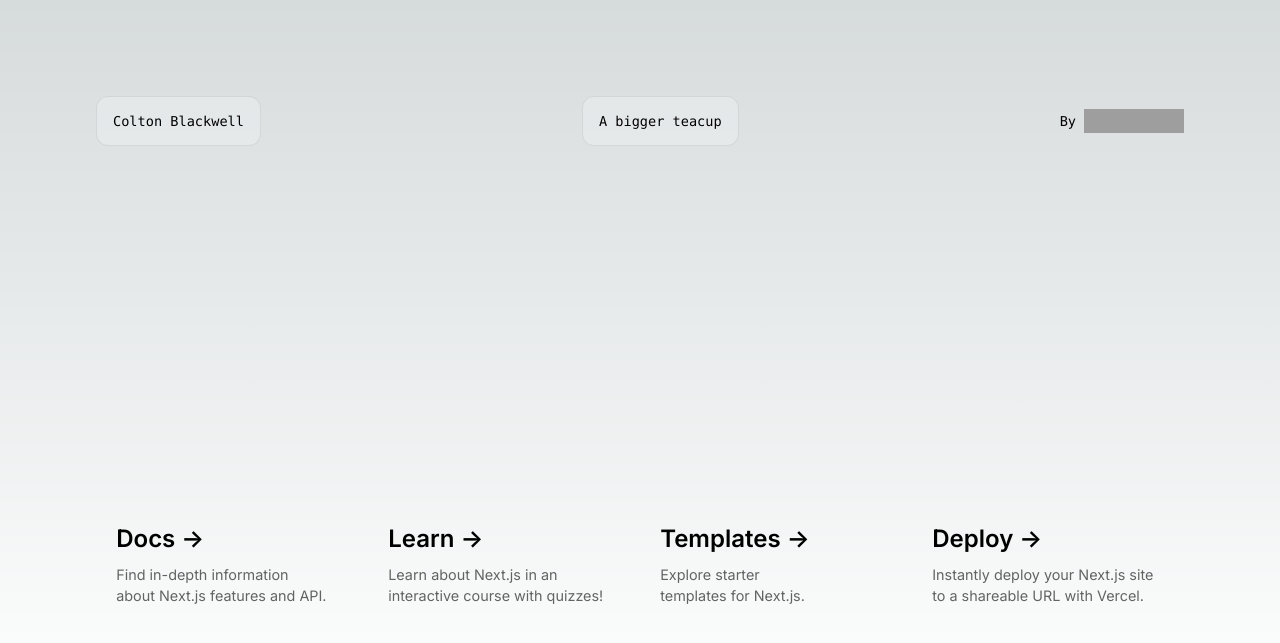
Repository: coltonBlackwell/Music_Quiz
Page: /
An editor plug-in stored every save of this project. The page is shown before and after the next save, followed by the edit.
The browser window is 1280 px wide. The pictures show the whole page.
Pictures or frames that could not be fetched are drawn as grey boxes. The project was rebuilt for these pictures with package versions that can differ from the ones it lists, and the page was loaded fresh each time. The framework's server and built-in components were replaced by stand-ins that run in the browser. Also part of the build but not shown: next.config.mjs.

Above is the page before, as saved 2024-06-30 14:03:42.

### src/app/page.tsx
import Image from "next/image";
import styles from "./page.module.css";

export default function Home() {
  return (
    <main className={styles.main}>
      <div className={styles.description}>
        <p>
          Colton Blackwell
        </p>
        <p>A bigger teacup</p>
        <div>
          <a
            href="https://vercel.com?utm_source=create-next-app&utm_medium=appdir-template&utm_campaign=create-next-app"
            target="_blank"
            rel="noopener noreferrer"
          >
            By{" "}
            <Image
              src="/vercel.svg"
              alt="Vercel Logo"
              className={styles.vercelLogo}
              width={100}
              height={24}
              priority
            />
          </a>
        </div>
      </div>


      <div className={styles.grid}>
        <a
          href="https://nextjs.org/docs?utm_source=create-next-app&utm_medium=appdir-template&utm_campaign=create-next-app"
          className={styles.card}
          target="_blank"
          rel="noopener noreferrer"
        >
          <h2>
            Docs <span>-&gt;</span>
          </h2>
          <p>Find in-depth information about Next.js features and API.</p>
        </a>

        <a
          href="https://nextjs.org/learn?utm_source=create-next-app&utm_medium=appdir-template&utm_campaign=create-next-app"
          className={styles.card}
          target="_blank"
          rel="noopener noreferrer"
        >
          <h2>
            Learn <span>-&gt;</span>
          </h2>
          <p>Learn about Next.js in an interactive course with&nbsp;quizzes!</p>
        </a>

        <a
          href="https://vercel.com/templates?framework=next.js&utm_source=create-next-app&utm_medium=appdir-template&utm_campaign=create-next-app"
          className={styles.card}
          target="_blank"
          rel="noopener noreferrer"
        >
          <h2>
            Templates <span>-&gt;</span>
          </h2>
          <p>Explore starter templates for Next.js.</p>
        </a>

        <a
          href="https://vercel.com/new?utm_source=create-next-app&utm_medium=appdir-template&utm_campaign=create-next-app"
          className={styles.card}
          target="_blank"
          rel="noopener noreferrer"
        >
          <h2>
            Deploy <span>-&gt;</span>
          </h2>
          <p>
            Instantly deploy your Next.js site to a shareable URL with Vercel.
          </p>
        </a>
      </div>
    </main>
  );
}

Loaded but not shown: src/app/layout.tsx (common file); src/app/globals.css (common file); src/app/page.module.css (common file)

After the next save:
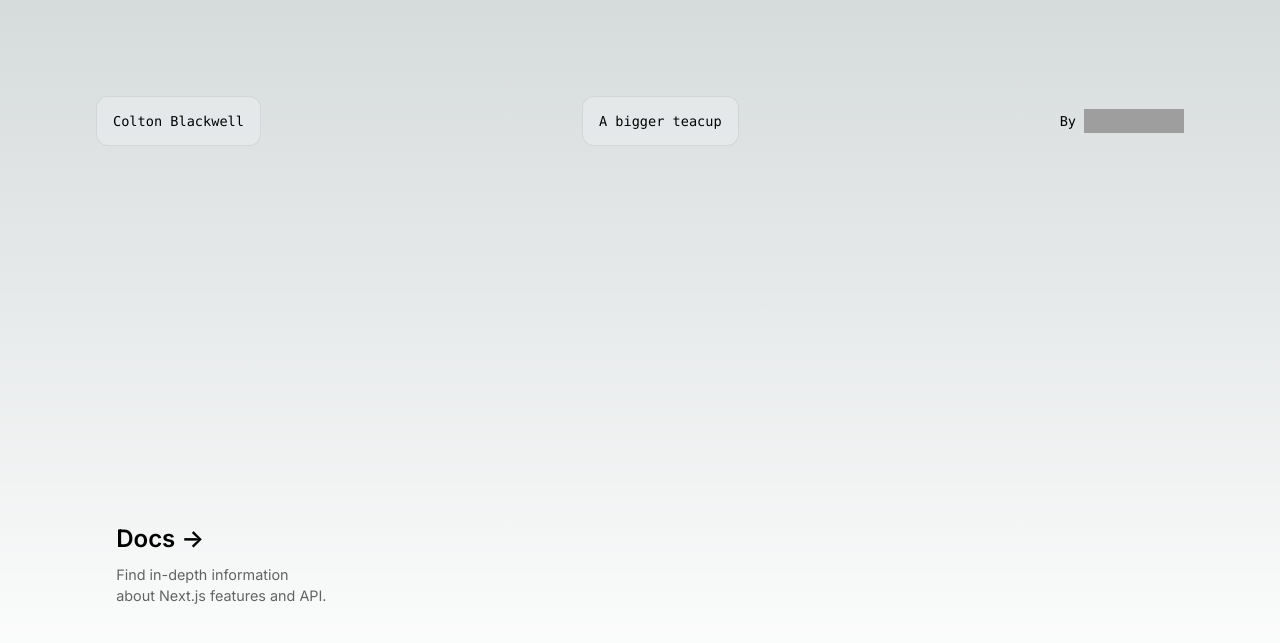
Saved 21 s later.
--- a/src/app/page.tsx
+++ b/src/app/page.tsx
@@ -41,44 +41,6 @@ export default function Home() {
           </h2>
           <p>Find in-depth information about Next.js features and API.</p>
         </a>
-
-        <a
-          href="https://nextjs.org/learn?utm_source=create-next-app&utm_medium=appdir-template&utm_campaign=create-next-app"
-          className={styles.card}
-          target="_blank"
-          rel="noopener noreferrer"
-        >
-          <h2>
-            Learn <span>-&gt;</span>
-          </h2>
-          <p>Learn about Next.js in an interactive course with&nbsp;quizzes!</p>
-        </a>
-
-        <a
-          href="https://vercel.com/templates?framework=next.js&utm_source=create-next-app&utm_medium=appdir-template&utm_campaign=create-next-app"
-          className={styles.card}
-          target="_blank"
-          rel="noopener noreferrer"
-        >
-          <h2>
-            Templates <span>-&gt;</span>
-          </h2>
-          <p>Explore starter templates for Next.js.</p>
-        </a>
-
-        <a
-          href="https://vercel.com/new?utm_source=create-next-app&utm_medium=appdir-template&utm_campaign=create-next-app"
-          className={styles.card}
-          target="_blank"
-          rel="noopener noreferrer"
-        >
-          <h2>
-            Deploy <span>-&gt;</span>
-          </h2>
-          <p>
-            Instantly deploy your Next.js site to a shareable URL with Vercel.
-          </p>
-        </a>
       </div>
     </main>
   );
